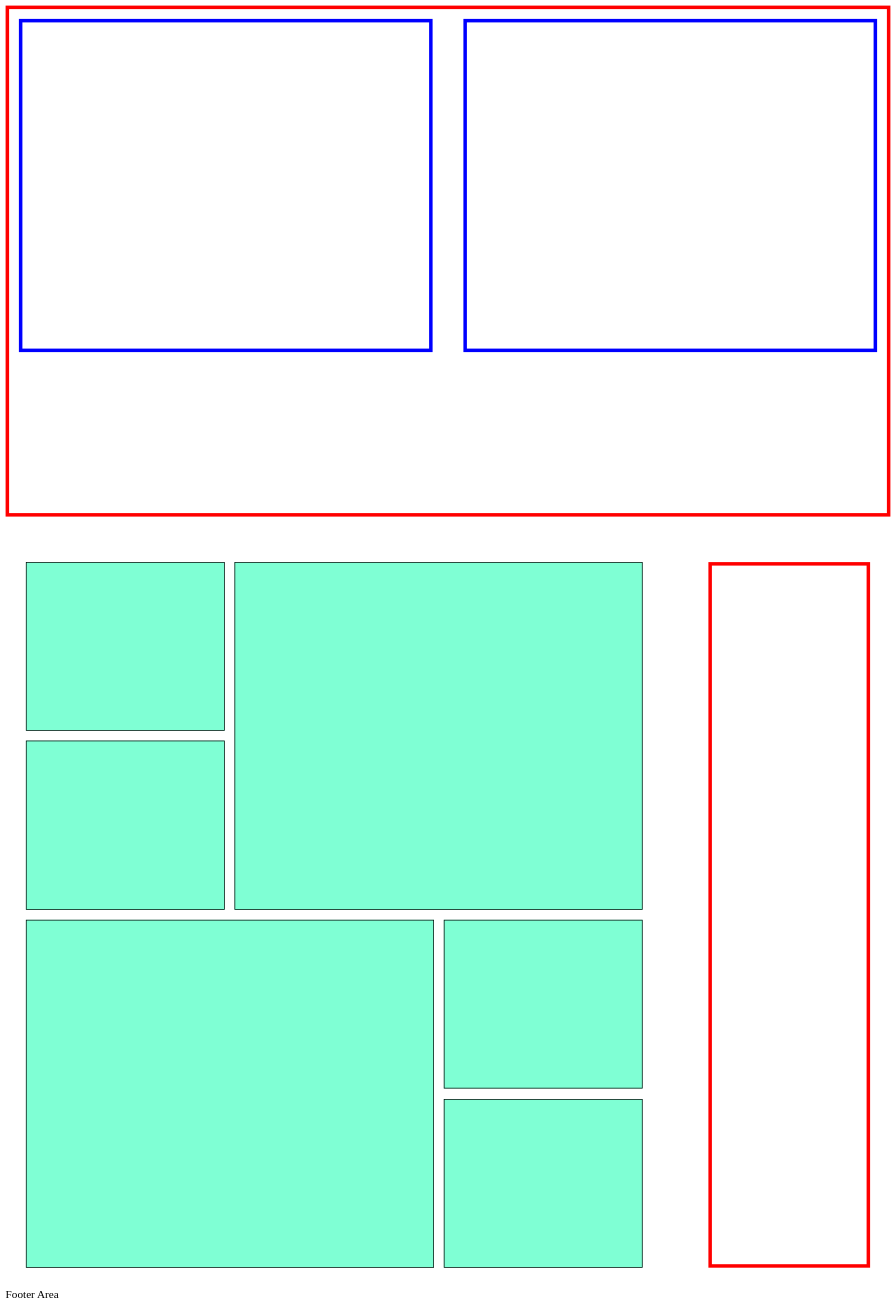
Repository: BwesewB/Brutalist-Website
Page: /
These files come from the project's save history. The page is drawn as it stood at one moment and after the next save; the edit follows.
The browser window is 1280 px wide. The pictures show the whole page, at 70% of full size.
The project was rebuilt for these pictures with package versions that can differ from the ones it lists, and the page was loaded fresh each time. The framework's server and built-in components were replaced by stand-ins that run in the browser. Also part of the build but not shown: next.config.mjs.

Above is the page before, as saved 2024-02-03 17:47:24.

### pages/index.js
import Head from "next/head";
import Image from "next/image";
import styles from "@/styles/Home.module.css";
import { useState } from "react";



export default function Home() {

  const[input,setInput] = useState();


  const classFilters = {
    1: 'Magician',
    2: 'Theif',
    4: 'Warrior',
    8: 'Bowman',
    16: 'Pirate',
    32: 'Nothing'
  }

const getClassStyle = flagValue => (input & flagValue) > 0 ? { backgroundColor: 'yellow'} : null;

  return (
    <>
      <Head>
        <title>Create Next App</title>
        <meta name="description" content="Generated by create next app" />
        <meta name="viewport" content="width=device-width, initial-scale=1" />
        <link rel="icon" href="/favicon.ico" />
      </Head>
      <main className={`${styles.main}`}>
        <div className={styles.titlePage}>
          <div className={styles.graphic}></div>
          <div className={styles.displayPanel}></div>
        </div>
        <div className={styles.inputArea}></div>
        <div className={styles.displayArea}>
          <div className={styles.posterOne}></div>
          <div className={styles.posterTwo}></div>
          <div className={styles.posterThree}></div>
          <div className={styles.posterFour}></div>
          <div className={styles.posterFive}></div>
          <div className={styles.posterSix}></div>
        </div>
      </main>
      <footer>
        Footer Area
      </footer>
    </>
  );
}

{/* <div class="inputArea">
<input
id="input"
type="text"
placeholder="bitmask decimal value"
value={input}
onChange={event => setInput(event.target.value)}
/>
</div>
<div class="posterArea" >                                                             need to change to posters
<table>
  <tbody>
    {
      Object.keys(classFilters).map(item => (
        <tr key={item} style={getClassStyle(item)}>
          <td>{item}</td>
          <td>{classFilters[item]}</td>
        </tr>
      ))
    }
  </tbody>
</table>
</div> */}

### styles/globals.css
:root{

}

### styles/Home.module.css
.main {
  display:grid;
  grid-template-columns: repeat(4, 1fr);
  gap:5vh;
  box-sizing: border-box;
}

/* <div class="titlePage">
<div class="graphic"></div>
<div class="inputArea"></div>
</div>
<div class="displayArea">
<div class="posterOne"></div>
<div class="posterTwo"></div>
<div class="posterThree"></div>
<div class="posterFour"></div>
<div class="posterFive"></div>
<div class="posterSix"></div>
</div> */

.titlePage{
  height:100vh;
  grid-column: 1/5;
  border: 5px solid red;
/*---------------------------------------------------------------------------------------------------------*/
  display:grid;
  grid-template-columns: repeat(2, 1fr);
  grid-template-rows: 70vh;
  gap:2vh;
}

.graphic, .displayPanel{
  border: 5px solid blue;
  margin:2vh;
}

.graphic{
  grid-column: 1/2;
}

.displayPanel{
  grid-column: 2/3;
  grid-template-columns: repeat(2, 1fr);
}

.inputArea{
  border: 5px solid red;
  margin:4vh;
  grid-column: 4/5;
  grid-row:2/3;
}

/*---------------------------------------------------------------------------------------------------------*/
.displayArea {
  grid-column: 1/4;
/*--------------------------------------------------------------------------------------------------------- This needs to be in a component*/
  display: grid;
  grid-template-columns: repeat(3, 1fr);
  grid-template-rows: repeat(4, 1fr);
  gap: 2vh;
  height:140vh;
  padding: 4vh;
}
/*---------------------------------------------------------------------------------------------------------*/

.posterOne,
.posterTwo,
.posterThree,
.posterFour,
.posterFive,
.posterSix {
  background-color: aquamarine;
  border: 1px solid black;
}

.posterTwo{
  grid-column: 2/4;
  grid-row: 1/3;
}

.posterFour{
  grid-column: 1/3;
  grid-row: 3/5;
}

Loaded but not shown: pages/_app.js (common file); pages/_document.js (common file)

After the next save:
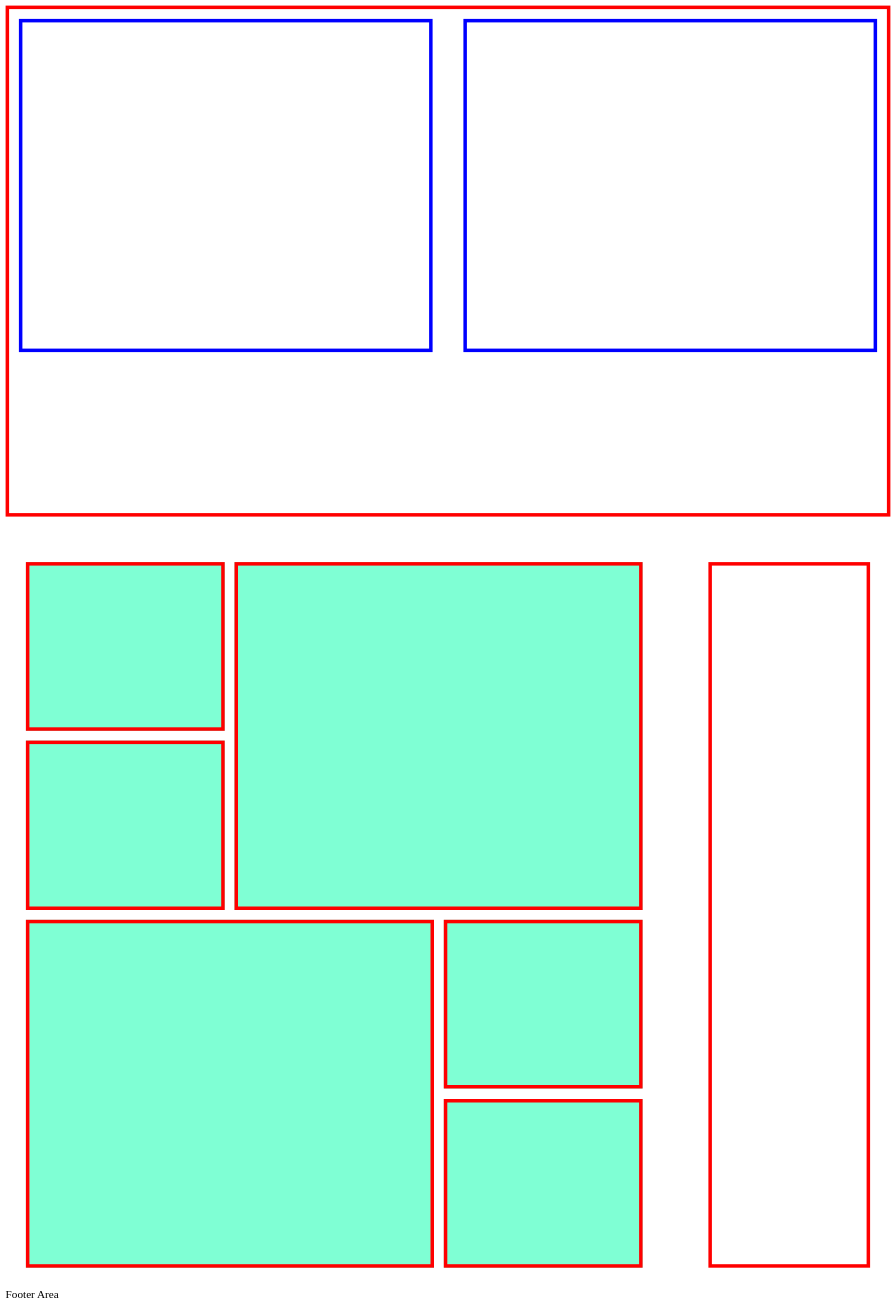
Saved 8 s later.
--- a/styles/Home.module.css
+++ b/styles/Home.module.css
@@ -70,7 +70,7 @@
 .posterFive,
 .posterSix {
   background-color: aquamarine;
-  border: 1px solid black;
+  border: 5px solid red;
 }
 
 .posterTwo{
